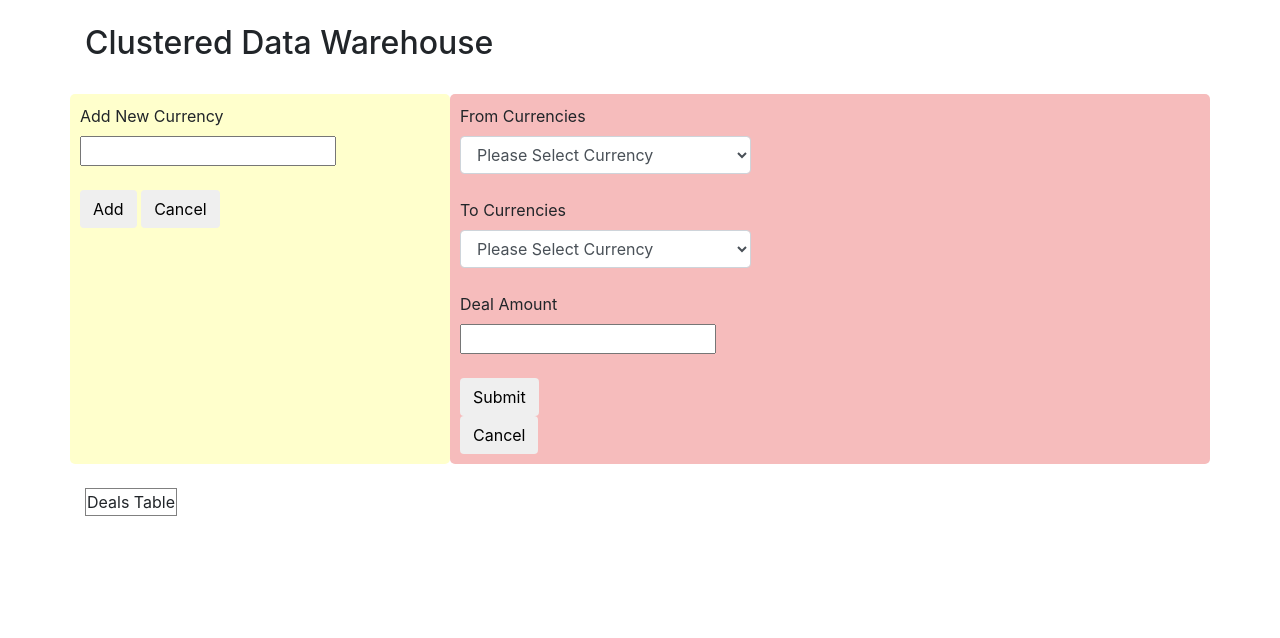
Repository: AlhassanAbuGhazaleh/ProgressSoftProject
Page: http://localhost/Clustered_Data__Alhasan_Abu_Ghazaleh_/WEB-INF/views/home.jsp
These files come from the project's save history. The page is drawn as it stood at one moment and after the next save; the edit follows.
The browser window is 1280 px wide. The pictures show the whole page.
The page is served by Tomcat 9. Nobody is signed in. The template is opened directly, without the code that normally fills it, so the values that code supplies are empty.

Above is the page before, as saved 2020-10-10 08:33:21.
Console error: ReferenceError: $ is not defined

After the next save:
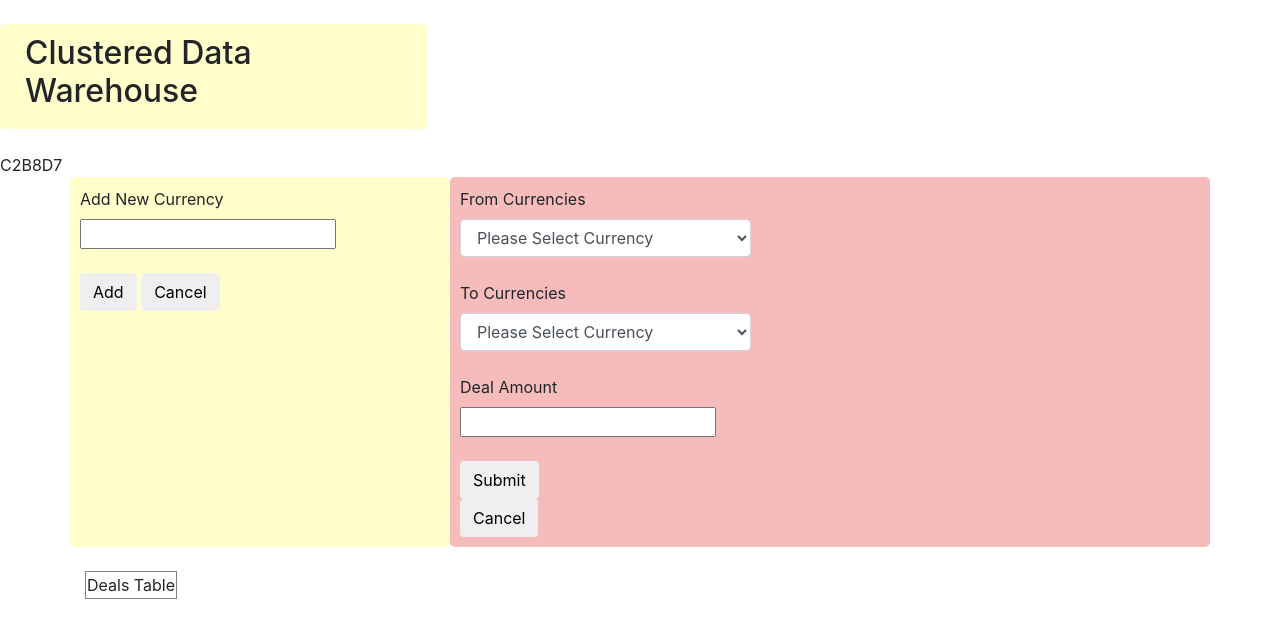
Saved 57 s later.
--- a/Clustered Data (Alhasan Abu Ghazaleh)/src/main/webapp/WEB-INF/views/home.jsp
+++ b/Clustered Data (Alhasan Abu Ghazaleh)/src/main/webapp/WEB-INF/views/home.jsp
@@ -26,13 +26,15 @@
 </head>
 <body>
 	<br>
-	<div class="container">
-		<div style="align-content: center">
-			<h2>Clustered Data Warehouse</h2>
+	<div class="col-sm-4"
+		style="border-radius: 5px; background-color: #FFFFCC; padding: 10px;">
+		<div class="container">
+			<div style="align-content: center">
+				<h2>Clustered Data Warehouse</h2>
+			</div>
 		</div>
 	</div>
-	<br>
-
+	<br> C2B8D7
 	<div class="container">
 		<div class="row">
 			<div class="col-sm-4"
